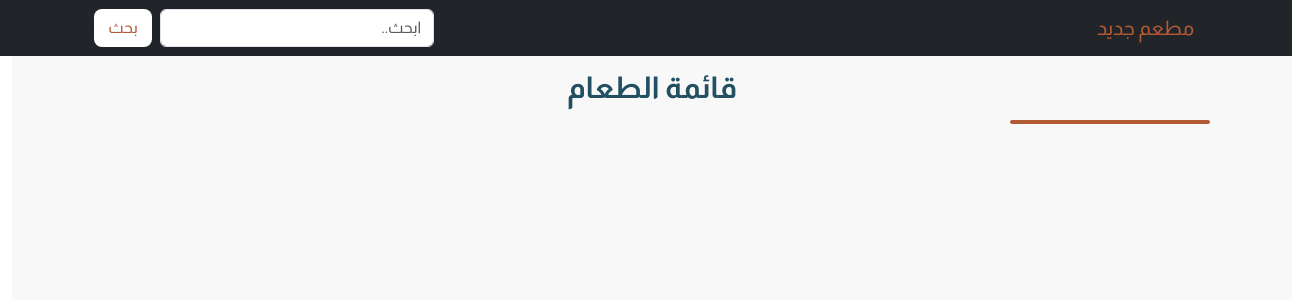
Repository: kerlos-alfy/Restaurant-Menu
Page: /
An editor plug-in stored every save of this project. The page is shown before and after the next save, followed by the edit.
The browser window is 1280 px wide. The page is 1292 px wide, so the pictures cover 1292 px, including what lies to the right of the window. The pictures show the whole page.
Some web fonts or font styles are not loaded; a fallback is used. The project was rebuilt for these pictures with package versions that can differ from the ones it lists, and the page was loaded fresh each time. Also part of the build but not shown: vite.config.js, src/App.css.

Above is the page before, as saved 2024-12-20 01:15:11.

After the next save:
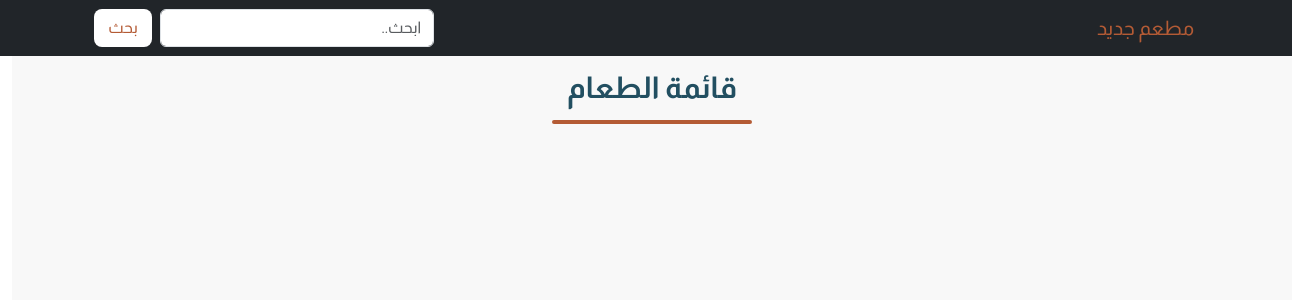
Saved 29 s later.
--- a/src/components/Header.jsx
+++ b/src/components/Header.jsx
@@ -5,7 +5,7 @@ const Header = () => {
 		<Row>
 			<Col sm="12" className="text-center justify-content-center">
 				<div className="title">قائمة الطعام </div>
-				<div className="justify-content-center">
+				<div className="justify-content-center d-flex">
 					<p className="underline"></p>
 				</div>
 			</Col>
